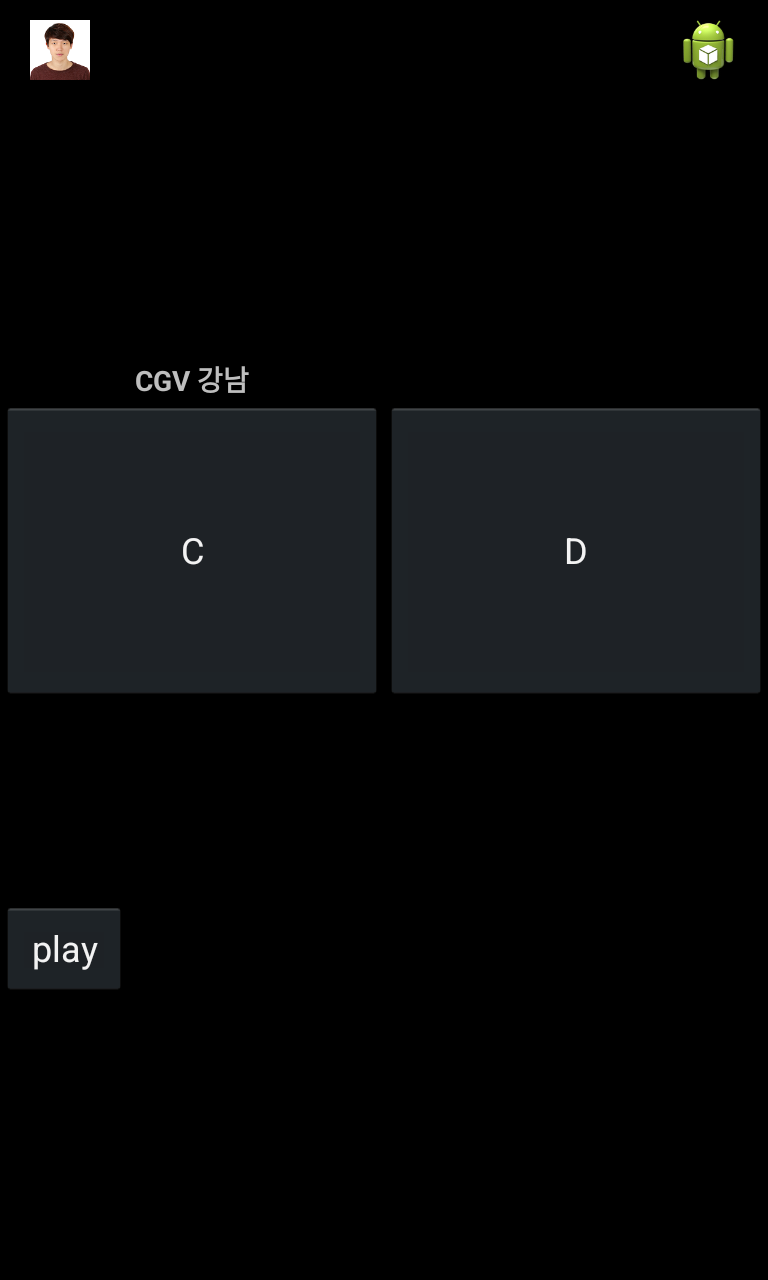
Repository: Minsu-Daniel-Kim/tipinboard1.0
Layout: TipinBoard1.0/res/layout/activity_main.xml
An editor plug-in stored every save of this project. The layout is shown before and after the next save, followed by the edit.
It is drawn on a 768 x 1280 px phone screen (xhdpi) without system bars, with theme android:Theme.Holo; the app's code is not run.

Above is the layout before, as saved 2013-04-15 13:57:55.

### TipinBoard1.0/res/layout/activity_main.xml
<?xml version="1.0" encoding="utf-8"?>
<LinearLayout xmlns:android="http://schemas.android.com/apk/res/android"
    android:layout_width="fill_parent"
    android:layout_height="fill_parent"
    android:orientation="vertical" >

    <RelativeLayout
        android:id="@+id/imageView1"
        android:layout_width="fill_parent"
        android:layout_height="50dp"
        android:orientation="horizontal" >

        <RelativeLayout
            android:id="@+id/imageView1"
            android:layout_width="fill_parent"
            android:layout_height="50dp"
            android:onClick="myPage"
            android:orientation="horizontal" >

            <ImageView
                android:id="@+id/iv_profile"
                android:layout_width="40dp"
                android:layout_height="40dp"
                android:layout_alignParentBottom="true"
                android:layout_alignParentLeft="true"
                android:layout_margin="10dp"
                android:onClick="myPage"
                android:src="@drawable/daniel" />

            <TextView
                android:id="@+id/tv_username"
                android:layout_width="wrap_content"
                android:layout_height="fill_parent"
                android:layout_toRightOf="@+id/iv_profile"
                android:gravity="center_vertical"
                android:onClick="myPage"
                android:textStyle="bold" />
        </RelativeLayout>

        <ImageView
            android:layout_width="40dp"
            android:layout_height="40dp"
            android:layout_alignParentBottom="true"
            android:layout_alignParentRight="true"
            android:layout_margin="10dp"
            android:src="@drawable/ic_launcher" />
    </RelativeLayout>

    <LinearLayout
        xmlns:android="http://schemas.android.com/apk/res/android"
        android:layout_width="fill_parent"
        android:layout_height="wrap_content"
        android:orientation="horizontal" >

        <RelativeLayout
            android:id="@+id/button1"
            android:layout_width="0dp"
            android:layout_height="150dp"
            android:layout_weight="1"
            android:onClick="detail"
            android:text="A" >

            <TextView
                android:id="@+id/textView1"
                android:layout_width="fill_parent"
                android:gravity="center_horizontal"
                android:layout_height="wrap_content"
                android:layout_alignParentBottom="true"
                android:textStyle="bold"
                android:text="CGV 강남" />

        </RelativeLayout>

        <RelativeLayout
            android:id="@+id/button1"
            android:layout_width="0dp"
            android:layout_height="150dp"
            android:layout_weight="1"
            android:onClick="detail"
            android:text="A" >
        </RelativeLayout>
    </LinearLayout>

    <LinearLayout
        xmlns:android="http://schemas.android.com/apk/res/android"
        android:layout_width="fill_parent"
        android:layout_height="wrap_content"
        android:orientation="horizontal" >

        <Button
            android:id="@+id/button1"
            android:layout_width="0dp"
            android:layout_height="150dp"
            android:layout_weight="1"
            android:text="C" />

        <Button
            android:id="@+id/button1"
            android:layout_width="0dp"
            android:layout_height="150dp"
            android:layout_weight="1"
            android:text="D" />
    </LinearLayout>

    <FrameLayout
        android:id="@+id/videoLayout"
        android:layout_width="120dp"
        android:layout_height="100dp" />

    <Button
        android:id="@+id/button2"
        android:layout_width="wrap_content"
        android:layout_height="wrap_content"
        android:onClick="play"
        android:text="play" />

</LinearLayout>

After the next save:
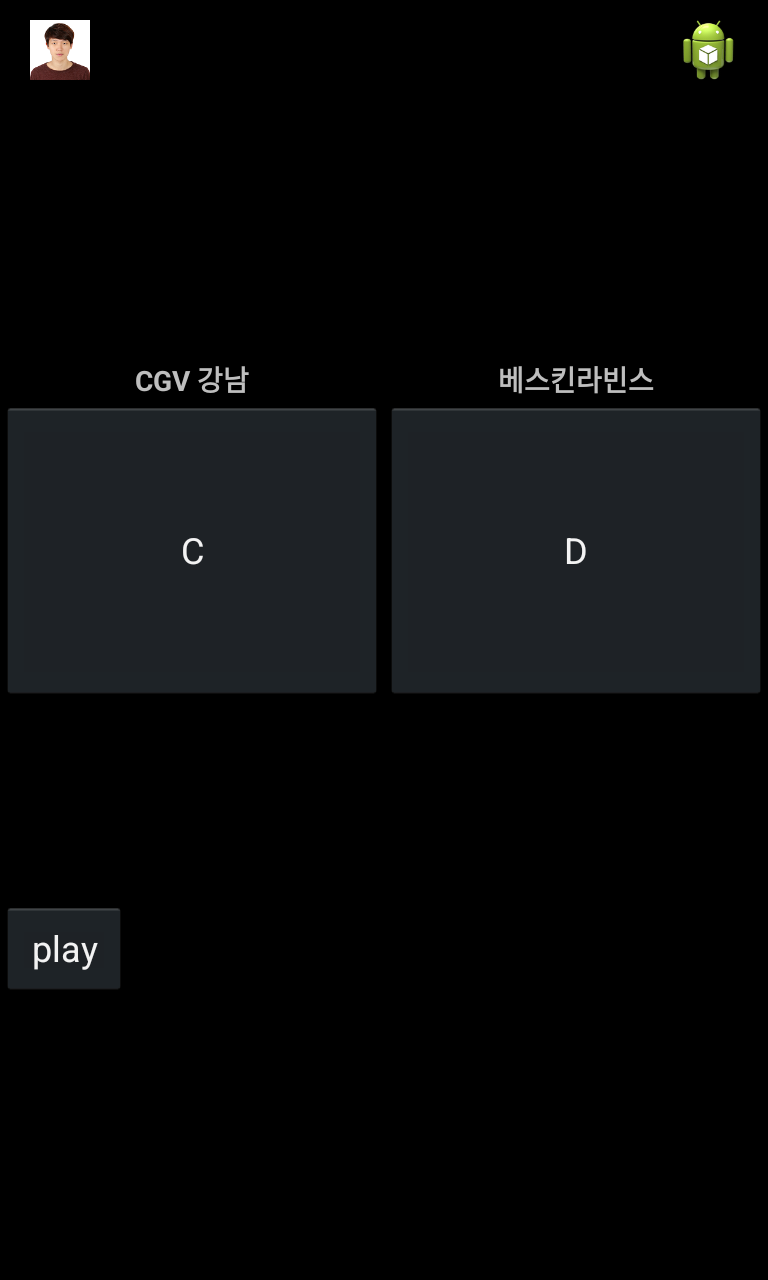
Saved 36 s later.
--- a/TipinBoard1.0/res/layout/activity_main.xml
+++ b/TipinBoard1.0/res/layout/activity_main.xml
@@ -57,18 +57,16 @@
             android:layout_width="0dp"
             android:layout_height="150dp"
             android:layout_weight="1"
-            android:onClick="detail"
-            android:text="A" >
+            android:onClick="detail" >
 
             <TextView
                 android:id="@+id/textView1"
                 android:layout_width="fill_parent"
-                android:gravity="center_horizontal"
                 android:layout_height="wrap_content"
                 android:layout_alignParentBottom="true"
-                android:textStyle="bold"
-                android:text="CGV 강남" />
-
+                android:gravity="center_horizontal"
+                android:text="CGV 강남"
+                android:textStyle="bold" />
         </RelativeLayout>
 
         <RelativeLayout
@@ -76,8 +74,16 @@
             android:layout_width="0dp"
             android:layout_height="150dp"
             android:layout_weight="1"
-            android:onClick="detail"
-            android:text="A" >
+            android:onClick="detail" >
+
+            <TextView
+                android:id="@+id/textView1"
+                android:layout_width="fill_parent"
+                android:layout_height="wrap_content"
+                android:layout_alignParentBottom="true"
+                android:gravity="center_horizontal"
+                android:text="베스킨라빈스"
+                android:textStyle="bold" />
         </RelativeLayout>
     </LinearLayout>
 
